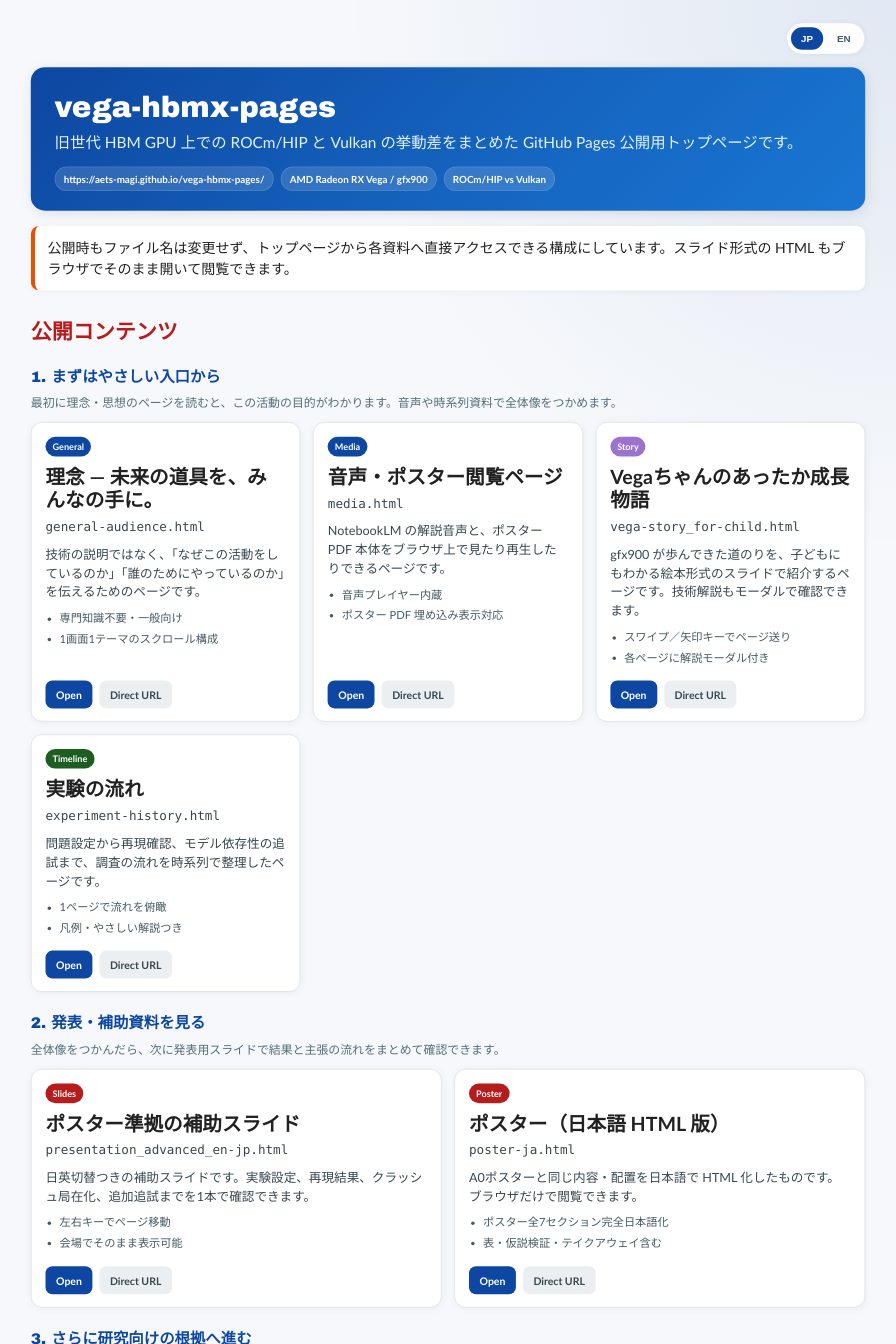
Repository: AETS-MAGI/vega-hbmx-pages
Page: index.html
The author's editor kept a copy of each file at every save. The page is drawn from the files as they stood at one save, then again after the next save.
The browser window is 1280 px wide. The pictures show the part of the page from y = 0 to 1920 px (the page is 2755 px tall before and 2787 px after), at 70% of full size.

Above is the page before, as saved 2026-03-13 23:04:28.

### index.html
<!DOCTYPE html>
<html lang="ja" data-language="ja">
<head>
	<meta charset="UTF-8">
	<meta name="viewport" content="width=device-width, initial-scale=1.0">
	<title>vega-hbmx-pages | Legacy HBM GPU Investigation</title>
	<style>
		:root {
			--red: #B71C1C;
			--blue: #0D47A1;
			--green: #1B5E20;
			--orange: #E65100;
			--text: #212121;
			--muted: #616161;
			--line: #D7DEE8;
			--bg: #F6F8FB;
			--card: #FFFFFF;
		}

		* { box-sizing: border-box; }

		body {
			margin: 0;
			font-family: 'Calibri', 'Arial', sans-serif;
			color: var(--text);
			background:
				radial-gradient(circle at top right, rgba(13,71,161,0.09), transparent 26%),
				radial-gradient(circle at bottom left, rgba(183,28,28,0.08), transparent 22%),
				var(--bg);
		}

		.page {
			max-width: 1240px;
			margin: 0 auto;
			padding: 32px 24px 56px;
		}

		.toolbar {
			display: flex;
			justify-content: flex-end;
			margin-bottom: 18px;
		}

		.lang-toggle {
			display: inline-flex;
			gap: 6px;
			padding: 6px;
			border-radius: 999px;
			border: 1px solid var(--line);
			background: rgba(255,255,255,0.92);
			box-shadow: 1px 1px 8px rgba(0,0,0,0.05);
		}

		.lang-btn {
			border: none;
			border-radius: 999px;
			padding: 8px 14px;
			font-size: 14px;
			font-weight: bold;
			background: transparent;
			color: #455A64;
			cursor: pointer;
		}

		.lang-btn.active {
			background: var(--blue);
			color: #FFFFFF;
		}

		.hero {
			background: linear-gradient(135deg, #0D47A1 0%, #1565C0 58%, #1976D2 100%);
			color: #FFFFFF;
			border-radius: 20px;
			padding: 34px 34px 28px;
			box-shadow: 2px 4px 18px rgba(0,0,0,0.10);
		}

		.hero h1 {
			margin: 0 0 12px;
			font-family: 'Arial Black', sans-serif;
			font-size: 42px;
			line-height: 1.1;
		}

		.hero p {
			margin: 0;
			font-size: 22px;
			line-height: 1.45;
			color: #E3F2FD;
		}

		.hero-meta {
			margin-top: 18px;
			display: flex;
			flex-wrap: wrap;
			gap: 10px;
		}

		.badge {
			display: inline-flex;
			align-items: center;
			padding: 8px 12px;
			border-radius: 999px;
			font-size: 14px;
			font-weight: bold;
			background: rgba(255,255,255,0.14);
			color: #FFFFFF;
			border: 1px solid rgba(255,255,255,0.18);
		}

		.summary {
			margin-top: 22px;
			background: #FFFFFF;
			border-left: 6px solid var(--orange);
			border-radius: 12px;
			padding: 16px 18px;
			font-size: 20px;
			line-height: 1.5;
			box-shadow: 1px 1px 10px rgba(0,0,0,0.05);
		}

		.section-title {
			margin: 34px 0 14px;
			font-family: 'Arial Black', sans-serif;
			font-size: 30px;
			color: var(--red);
		}

		.card-grid {
			display: grid;
			grid-template-columns: repeat(auto-fit, minmax(300px, 1fr));
			gap: 18px;
		}

		.flow-section {
			margin-top: 26px;
		}

		.flow-title {
			margin: 0 0 12px;
			font-family: 'Arial Black', sans-serif;
			font-size: 22px;
			color: var(--blue);
		}

		.flow-lead {
			margin: 0 0 14px;
			font-size: 17px;
			line-height: 1.5;
			color: #546E7A;
		}

		.card {
			background: var(--card);
			border: 1px solid var(--line);
			border-radius: 16px;
			padding: 20px 20px 18px;
			box-shadow: 1px 2px 12px rgba(0,0,0,0.05);
			display: flex;
			flex-direction: column;
			min-height: 270px;
		}

		.card-type {
			display: inline-block;
			align-self: flex-start;
			padding: 6px 10px;
			border-radius: 999px;
			font-size: 13px;
			font-weight: bold;
			color: #FFFFFF;
			margin-bottom: 12px;
		}

		.type-slides { background: var(--red); }
		.type-history { background: var(--green); }
		.type-trace { background: var(--orange); }
		.type-general { background: var(--blue); }
		.type-story { background: #9B72CF; }
		.type-hypothesis { background: #4A148C; }

		.card h3 {
			margin: 0 0 8px;
			font-size: 28px;
			line-height: 1.2;
		}

		.filename {
			margin: 0 0 12px;
			font-family: 'Consolas', monospace;
			font-size: 14px;
			color: #546E7A;
			word-break: break-all;
		}

		.card p {
			margin: 0 0 12px;
			font-size: 18px;
			line-height: 1.5;
			color: #37474F;
		}

		.card ul {
			margin: 0 0 16px;
			padding-left: 20px;
			color: #455A64;
			font-size: 16px;
			line-height: 1.45;
		}

		.card li { margin-bottom: 6px; }

		.actions {
			margin-top: auto;
			display: flex;
			flex-wrap: wrap;
			gap: 10px;
		}

		.button {
			display: inline-flex;
			align-items: center;
			justify-content: center;
			text-decoration: none;
			padding: 11px 15px;
			border-radius: 10px;
			font-weight: bold;
			font-size: 15px;
			transition: transform 0.12s ease, box-shadow 0.12s ease;
		}

		.button:hover {
			transform: translateY(-1px);
			box-shadow: 1px 3px 10px rgba(0,0,0,0.08);
		}

		.button-primary {
			background: var(--blue);
			color: #FFFFFF;
		}

		.button-secondary {
			background: #ECEFF1;
			color: #37474F;
		}

		.note {
			margin-top: 28px;
			background: #FFF8E1;
			border-left: 6px solid var(--orange);
			border-radius: 12px;
			padding: 16px 18px;
			font-size: 18px;
			line-height: 1.5;
			color: #5D4037;
		}

		.footer {
			margin-top: 26px;
			color: var(--muted);
			font-size: 15px;
			text-align: center;
		}

		[data-lang] { display: none; }
		html[data-language="en"] [data-lang="en"] { display: initial; }
		html[data-language="ja"] [data-lang="ja"] { display: initial; }
		html[data-language="en"] div[data-lang="en"],
		html[data-language="ja"] div[data-lang="ja"] { display: block; }
		html[data-language="en"] span[data-lang="en"],
		html[data-language="ja"] span[data-lang="ja"] { display: inline; }
		html[data-language="en"] p[data-lang="en"],
		html[data-language="ja"] p[data-lang="ja"] { display: block; }
		html[data-language="en"] li[data-lang="en"],
		html[data-language="ja"] li[data-lang="ja"] { display: list-item; }
		html[data-language="en"] h1[data-lang="en"],
		html[data-language="ja"] h1[data-lang="ja"],
		html[data-language="en"] h2[data-lang="en"],
		html[data-language="ja"] h2[data-lang="ja"],
		html[data-language="en"] h3[data-lang="en"],
		html[data-language="ja"] h3[data-lang="ja"] { display: block; }

		@media (max-width: 760px) {
			.toolbar {
				justify-content: center;
			}

			.page { padding: 20px 16px 42px; }
			.hero { padding: 26px 22px 22px; }
			.hero h1 { font-size: 32px; }
			.hero p { font-size: 18px; }
			.hero-meta { gap: 8px; }
			.badge {
				width: 100%;
				justify-content: center;
			}
			.summary { font-size: 17px; }
			.section-title { font-size: 24px; }
			.flow-title { font-size: 20px; }
			.flow-lead { font-size: 16px; }
			.card-grid {
				grid-template-columns: 1fr;
			}
			.card {
				min-height: unset;
				padding: 18px 16px 16px;
			}
			.card h3 { font-size: 24px; }
			.card p { font-size: 16px; }
			.actions {
				flex-direction: column;
			}
			.button {
				width: 100%;
			}
		}

		@media (max-width: 480px) {
			.page { padding: 16px 12px 32px; }
			.hero {
				padding: 20px 16px 18px;
				border-radius: 16px;
			}
			.hero h1 { font-size: 28px; }
			.hero p { font-size: 16px; }
			.summary,
			.note {
				padding: 14px 14px;
				font-size: 15px;
			}
			.section-title { font-size: 22px; }
			.card h3 { font-size: 22px; }
			.filename { font-size: 13px; }
		}
	</style>
</head>
<body>
	<div class="page">
		<div class="toolbar">
			<div class="lang-toggle" aria-label="Language switch">
				<button id="btn-ja" class="lang-btn active" type="button">JP</button>
				<button id="btn-en" class="lang-btn" type="button">EN</button>
			</div>
		</div>

		<section class="hero">
			<h1 data-lang="ja">vega-hbmx-pages</h1>
			<h1 data-lang="en">vega-hbmx-pages</h1>
			<p data-lang="ja">旧世代 HBM GPU 上での ROCm/HIP と Vulkan の挙動差をまとめた GitHub Pages 公開用トップページです。</p>
			<p data-lang="en">This is the GitHub Pages landing page for materials on backend-dependent behavior of legacy HBM GPUs under ROCm/HIP and Vulkan.</p>
			<div class="hero-meta">
				<span class="badge">https://aets-magi.github.io/vega-hbmx-pages/</span>
				<span class="badge">AMD Radeon RX Vega / gfx900</span>
				<span class="badge">ROCm/HIP vs Vulkan</span>
			</div>
		</section>

		<div class="summary">
			<span data-lang="ja">公開時もファイル名は変更せず、トップページから各資料へ直接アクセスできる構成にしています。スライド形式の HTML もブラウザでそのまま開いて閲覧できます。</span>
			<span data-lang="en">The original filenames are preserved. This root index links directly to each published document so they can be used immediately as presentation materials or supplementary web pages.</span>
		</div>

		<h2 class="section-title" data-lang="ja">公開コンテンツ</h2>
		<h2 class="section-title" data-lang="en">Published contents</h2>

		<section class="flow-section">
			<h3 class="flow-title" data-lang="ja">1. まずはやさしい入口から</h3>
			<h3 class="flow-title" data-lang="en">1. Start with the easiest entry points</h3>
			<p class="flow-lead" data-lang="ja">最初に理念・思想のページを読むと、この活動の目的がわかります。音声や時系列資料で全体像をつかめます。</p>
			<p class="flow-lead" data-lang="en">Start with the vision page to understand the purpose of this work, then use the audio and timeline for the big picture.</p>
			<div class="card-grid">
				<article class="card">
					<span class="card-type type-general">General</span>
					<h3 data-lang="ja">理念 — 未来の道具を、みんなの手に。</h3>
					<h3 data-lang="en">Vision — Putting the tools of the future into everyone's hands</h3>
					<p class="filename">general-audience.html</p>
					<p data-lang="ja">技術の説明ではなく、「なぜこの活動をしているのか」「誰のためにやっているのか」を伝えるためのページです。</p>
					<p data-lang="en">Not a technical explanation but a declaration page — conveying why this work is done and who it is for.</p>
					<ul>
						<li data-lang="ja">専門知識不要・一般向け</li>
						<li data-lang="en">No technical background needed</li>
						<li data-lang="ja">1画面1テーマのスクロール構成</li>
						<li data-lang="en">One theme per screen, scroll-based layout</li>
					</ul>
					<div class="actions">
						<a class="button button-primary" href="general-audience.html">Open</a>
						<a class="button button-secondary" href="./general-audience.html">Direct URL</a>
					</div>
				</article>

				<article class="card">
					<span class="card-type type-general">Media</span>
				<h3 data-lang="ja">音声・ポスター閲覧ページ</h3>
				<h3 data-lang="en">Media viewer page</h3>
				<p class="filename">media.html</p>
				<p data-lang="ja">NotebookLM の解説音声と、ポスター PDF 本体をブラウザ上で見たり再生したりできるページです。</p>
				<p data-lang="en">A browser-friendly page for the NotebookLM commentary audio and the poster PDF.</p>
				<ul>
					<li data-lang="ja">音声プレイヤー内蔵</li>
					<li data-lang="en">Built-in audio player</li>
					<li data-lang="ja">ポスター PDF 埋め込み表示対応</li>
					<li data-lang="en">Embedded poster PDF viewer</li>
				</ul>
				<div class="actions">
					<a class="button button-primary" href="media.html">Open</a>
					<a class="button button-secondary" href="./media.html">Direct URL</a>
				</div>
				</article>

				<article class="card">
					<span class="card-type type-story">Story</span>
					<h3 data-lang="ja">Vegaちゃんのあったか成長物語</h3>
					<h3 data-lang="en">Vega-chan's Warm Growth Story</h3>
					<p class="filename">vega-story_for-child.html</p>
					<p data-lang="ja">gfx900 が歩んできた道のりを、子どもにもわかる絵本形式のスライドで紹介するページです。技術解説もモーダルで確認できます。</p>
					<p data-lang="en">A picture-book-style slideshow introducing the journey of gfx900, accessible even to children. Technical notes are available in pop-up modals.</p>
					<ul>
						<li data-lang="ja">スワイプ／矢印キーでページ送り</li>
						<li data-lang="en">Swipe or arrow keys to turn pages</li>
						<li data-lang="ja">各ページに解説モーダル付き</li>
						<li data-lang="en">Each page has a detail modal</li>
					</ul>
					<div class="actions">
						<a class="button button-primary" href="vega-story_for-child.html">Open</a>
						<a class="button button-secondary" href="./vega-story_for-child.html">Direct URL</a>
					</div>
				</article>

				<article class="card">
					<span class="card-type type-history">Timeline</span>
				<h3 data-lang="ja">実験の流れ</h3>
				<h3 data-lang="en">Experiment history</h3>
				<p class="filename">experiment-history.html</p>
				<p data-lang="ja">問題設定から再現確認、モデル依存性の追試まで、調査の流れを時系列で整理したページです。</p>
				<p data-lang="en">A timeline-style document showing the investigation flow from problem framing to reproducibility and model-dependency follow-up tests.</p>
				<ul>
					<li data-lang="ja">1ページで流れを俯瞰</li>
					<li data-lang="en">Single-page overview of the full workflow</li>
					<li data-lang="ja">凡例・やさしい解説つき</li>
					<li data-lang="en">Includes legend and non-specialist explanations</li>
				</ul>
				<div class="actions">
					<a class="button button-primary" href="experiment-history.html">Open</a>
					<a class="button button-secondary" href="./experiment-history.html">Direct URL</a>
				</div>
				</article>
			</div>
		</section>

		<section class="flow-section">
			<h3 class="flow-title" data-lang="ja">2. 発表・補助資料を見る</h3>
			<h3 class="flow-title" data-lang="en">2. Move to the presentation materials</h3>
			<p class="flow-lead" data-lang="ja">全体像をつかんだら、次に発表用スライドで結果と主張の流れをまとめて確認できます。</p>
			<p class="flow-lead" data-lang="en">After the overview, the main slide deck presents the tested conditions, results, and claims in presentation form.</p>
			<div class="card-grid">
				<article class="card">
					<span class="card-type type-slides">Slides</span>
					<h3 data-lang="ja">ポスター準拠の補助スライド</h3>
					<h3 data-lang="en">Advanced bilingual slides</h3>
					<p class="filename">presentation_advanced_en-jp.html</p>
					<p data-lang="ja">日英切替つきの補助スライドです。実験設定、再現結果、クラッシュ局在化、追加追試までを1本で確認できます。</p>
					<p data-lang="en">A bilingual slide deck with English/Japanese switching. It covers setup, reproduced results, failure localization, and follow-up tests.</p>
					<ul>
						<li data-lang="ja">左右キーでページ移動</li>
						<li data-lang="en">Navigate with arrow keys</li>
						<li data-lang="ja">会場でそのまま表示可能</li>
						<li data-lang="en">Ready for direct presentation use</li>
					</ul>
					<div class="actions">
						<a class="button button-primary" href="presentation_advanced_en-jp.html">Open</a>
						<a class="button button-secondary" href="./presentation_advanced_en-jp.html">Direct URL</a>
					</div>
				</article>

				<article class="card">
					<span class="card-type type-slides">Poster</span>
					<h3 data-lang="ja">ポスター（日本語 HTML 版）</h3>
					<h3 data-lang="en">Poster (Japanese HTML version)</h3>
					<p class="filename">poster-ja.html</p>
					<p data-lang="ja">A0ポスターと同じ内容・配置を日本語で HTML 化したものです。ブラウザだけで閲覧できます。</p>
					<p data-lang="en">The A0 poster content translated into Japanese and laid out as a responsive HTML page.</p>
					<ul>
						<li data-lang="ja">ポスター全7セクション完全日本語化</li>
						<li data-lang="en">All 7 poster sections fully in Japanese</li>
						<li data-lang="ja">表・仮説検証・テイクアウェイ含む</li>
						<li data-lang="en">Includes tables, hypothesis tests, takeaways</li>
					</ul>
					<div class="actions">
						<a class="button button-primary" href="poster-ja.html">Open</a>
						<a class="button button-secondary" href="./poster-ja.html">Direct URL</a>
					</div>
				</article>
			</div>
		</section>

		<section class="flow-section">
			<h3 class="flow-title" data-lang="ja">3. さらに研究向けの根拠へ進む</h3>
			<h3 class="flow-title" data-lang="en">3. Go deeper into the research evidence</h3>
			<p class="flow-lead" data-lang="ja">実装上の意味や質疑向けの厳密な根拠を確認したい場合は、code trace と solver trace を参照できます。</p>
			<p class="flow-lead" data-lang="en">For strict implementation-level evidence, two standalone reference decks are available — one for API semantics and one for ROCm library solver paths.</p>
			<div class="card-grid">
				<article class="card">
					<span class="card-type type-hypothesis">Hypothesis</span>
					<h3 data-lang="ja">仮説: なぜ gfx900 はまだ動くのか</h3>
					<h3 data-lang="en">Hypothesis: Why Does gfx900 Still Run?</h3>
					<p class="filename">hypothesis.html</p>
					<p data-lang="ja">ROCm の capability-based 設計がなぜ旧世代を包含しうるかを、コード検証・ランタイム動的検証・git 来歴から構造的に分析した仮説ページです。</p>
					<p data-lang="en">A structural analysis of how ROCm's capability-based design can encompass legacy generations, grounded in code verification, runtime dynamic testing, and git provenance.</p>
					<ul>
						<li data-lang="ja">事実と仮説を明確に分離</li>
						<li data-lang="en">Clear separation of facts and hypotheses</li>
						<li data-lang="ja">信頼度バッジ（検証済・仮説・推測）付き</li>
						<li data-lang="en">Confidence badges (verified / hypothesis / speculative)</li>
					</ul>
					<div class="actions">
						<a class="button button-primary" href="hypothesis.html">Open</a>
						<a class="button button-secondary" href="./hypothesis.html">Direct URL</a>
					</div>
				</article>

				<article class="card">
					<span class="card-type type-trace">Trace</span>
				<h3 data-lang="ja">`num_gpu` コード追跡資料</h3>
				<h3 data-lang="en">`num_gpu` code-tracing deck</h3>
				<p class="filename">code-tracing.html</p>
				<p data-lang="ja">`num_gpu` の意味を client → server → runner → llama.cpp まで厳密な行番号で追う単体資料です。</p>
				<p data-lang="en">A standalone supplementary deck tracing the exact meaning of `num_gpu` from client to server, runner, and llama.cpp with precise line references.</p>
				<ul>
					<li data-lang="ja">全11ページの単体補助資料</li>
					<li data-lang="en">11-page standalone explainer</li>
					<li data-lang="ja">`num_gpu` 誤読防止に有効</li>
					<li data-lang="en">Useful for preventing `num_gpu` misinterpretation</li>
				</ul>
				<div class="actions">
					<a class="button button-primary" href="code-tracing.html">Open</a>
					<a class="button button-secondary" href="./code-tracing.html">Direct URL</a>
				</div>
				</article>

				<article class="card">
					<span class="card-type type-trace">Solver Trace</span>
				<h3 data-lang="ja">gfx900 計算経路トレース（ROCm）</h3>
				<h3 data-lang="en">gfx900 solver path trace (ROCm)</h3>
				<p class="filename">solver-trace.html</p>
				<p data-lang="ja">MIOpen・rocBLAS・CK・Tensile における gfx900 推論経路を、ソース行番号と実機ログで対応づけた技術参照資料です。</p>
				<p data-lang="en">A technical reference tracing gfx900 computation paths through MIOpen, rocBLAS, CK, and Tensile — with exact source line numbers cross-referenced against real Vega64 runtime logs.</p>
				<ul>
					<li data-lang="ja">MLIR 除外コミット・ASM ホワイトリスト・dot4 フォールバックをコードで確認</li>
					<li data-lang="en">MLIR exclusion commit, ASM whitelist, dot4 fallback — all code-verified</li>
					<li data-lang="ja">実機逆アセンブルで dot4 命令不在を確認</li>
					<li data-lang="en">Disassembly confirms no dot4 instructions in INT8 naive kernel on Vega64</li>
					<li data-lang="ja">「維持・管理・補充」3 層構造をコードと実機の両面で説明</li>
					<li data-lang="en">Maintain / manage / supplement: three-layer architecture explained with code + runtime evidence</li>
				</ul>
				<div class="actions">
					<a class="button button-primary" href="solver-trace.html">Open</a>
					<a class="button button-secondary" href="./solver-trace.html">Direct URL</a>
				</div>
				</article>
			</div>
		</section>

		<div class="note">
			<span data-lang="ja"><strong>公開メモ:</strong> GitHub Pages のルートは <strong>/vega-hbmx-pages/</strong> です。この index は相対リンクのみを使っているため、公開URL配下でそのまま動作します。</span>
			<span data-lang="en"><strong>Publishing note:</strong> The GitHub Pages root is <strong>/vega-hbmx-pages/</strong>. This index uses only relative links, so it works directly under the published site root.</span>
		</div>

		<div class="note" style="border-left-color:var(--blue);background:#E3F2FD;">
			<span data-lang="ja"><strong>関連プロジェクト:</strong> 3/12 IEICE総合大会向けの日本語LLM評価基盤プロジェクト <a href="https://aets-magi.github.io/magi-pages/" style="color:var(--blue);font-weight:bold;">MAGI — AIが検証可能な科学であるために</a> も公開中です。</span>
			<span data-lang="en"><strong>Related project:</strong> See also <a href="https://aets-magi.github.io/magi-pages/" style="color:var(--blue);font-weight:bold;">MAGI — Making AI a verifiable science</a>, an artifact-first Japanese LLM evaluation framework for the IEICE General Conference (Mar 12).</span>
		</div>

		<div class="footer">
			<span data-lang="ja">AETS-MAGI GitHub Pages landing page for vega-hbmx materials</span>
			<span data-lang="en">AETS-MAGI GitHub Pages landing page for vega-hbmx materials</span>
		</div>
	</div>

	<script>
		const html = document.documentElement;
		const btnJa = document.getElementById('btn-ja');
		const btnEn = document.getElementById('btn-en');

		function setLanguage(lang) {
			html.setAttribute('data-language', lang);
			html.setAttribute('lang', lang);
			btnJa.classList.toggle('active', lang === 'ja');
			btnEn.classList.toggle('active', lang === 'en');
			localStorage.setItem('vega-hbmx-pages-lang', lang);
		}

		btnJa.addEventListener('click', () => setLanguage('ja'));
		btnEn.addEventListener('click', () => setLanguage('en'));

		setLanguage(localStorage.getItem('vega-hbmx-pages-lang') === 'en' ? 'en' : 'ja');
	</script>
</body>
</html>

After the next save:
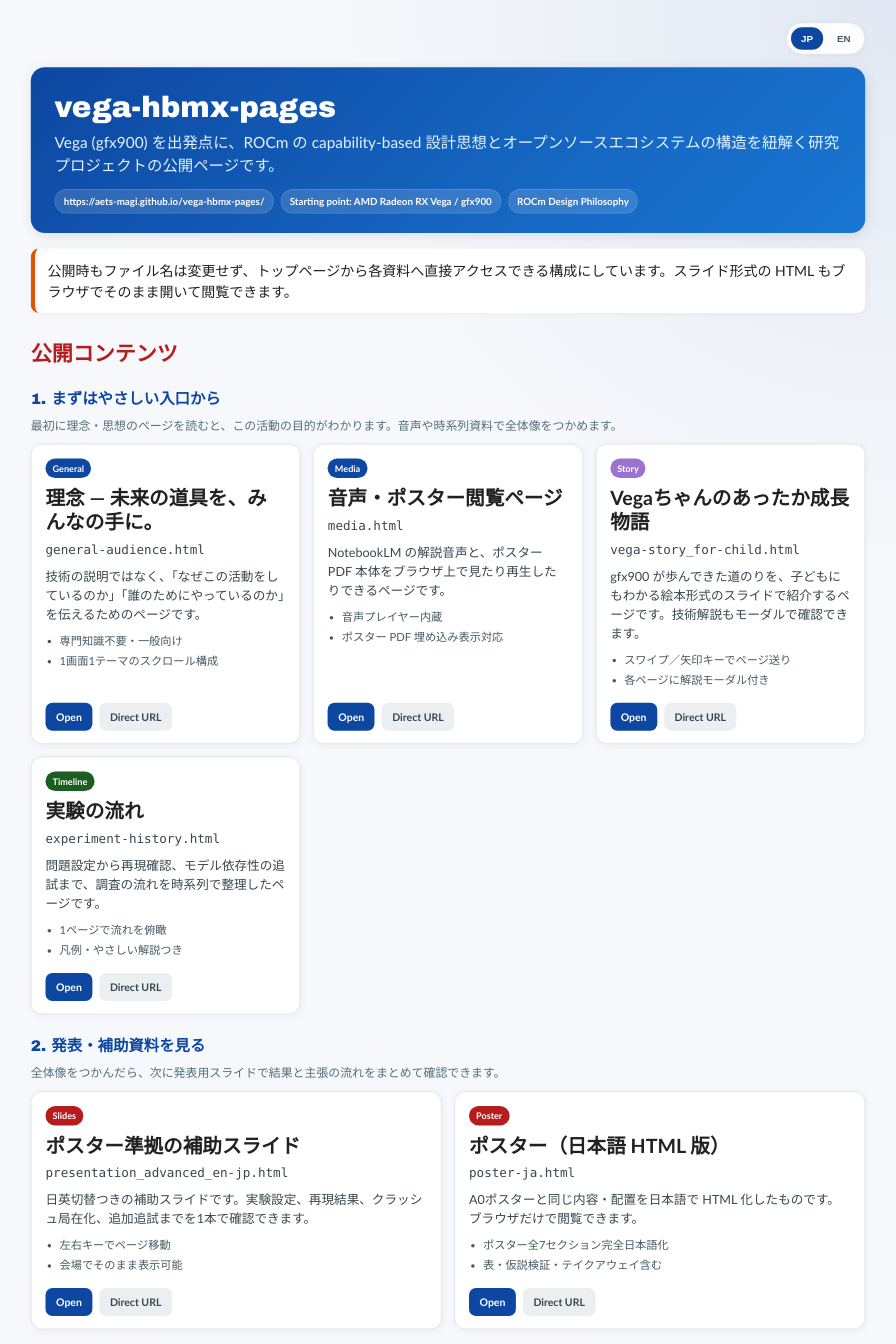
Saved 11 min 50 s later.
--- a/index.html
+++ b/index.html
@@ -346,12 +346,12 @@
 		<section class="hero">
 			<h1 data-lang="ja">vega-hbmx-pages</h1>
 			<h1 data-lang="en">vega-hbmx-pages</h1>
-			<p data-lang="ja">旧世代 HBM GPU 上での ROCm/HIP と Vulkan の挙動差をまとめた GitHub Pages 公開用トップページです。</p>
-			<p data-lang="en">This is the GitHub Pages landing page for materials on backend-dependent behavior of legacy HBM GPUs under ROCm/HIP and Vulkan.</p>
+			<p data-lang="ja">Vega (gfx900) を出発点に、ROCm の capability-based 設計思想とオープンソースエコシステムの構造を紐解く研究プロジェクトの公開ページです。</p>
+			<p data-lang="en">A research project that starts from Vega (gfx900) to unravel the capability-based design philosophy of ROCm and the structure of its open-source ecosystem.</p>
 			<div class="hero-meta">
 				<span class="badge">https://aets-magi.github.io/vega-hbmx-pages/</span>
-				<span class="badge">AMD Radeon RX Vega / gfx900</span>
-				<span class="badge">ROCm/HIP vs Vulkan</span>
+				<span class="badge">Starting point: AMD Radeon RX Vega / gfx900</span>
+				<span class="badge">ROCm Design Philosophy</span>
 			</div>
 		</section>
 
